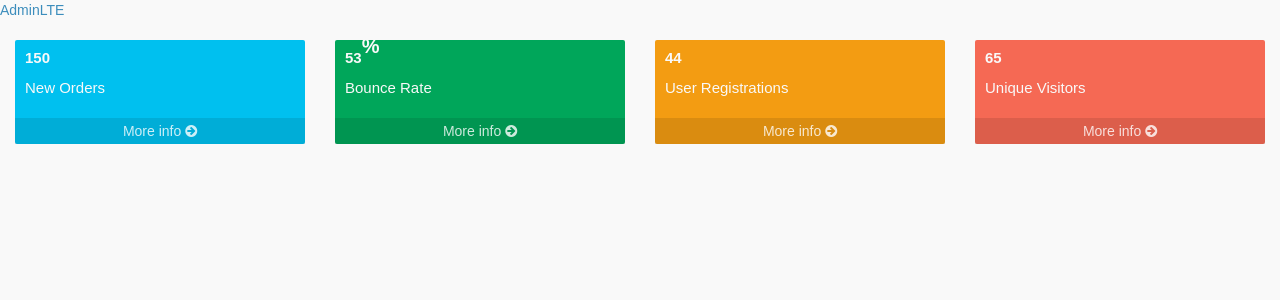
Repository: porivas/140630_Java
Page: http://localhost/Day1001mini01/WEB-INF/jsp/cssTemp.jsp
These files come from the project's save history. The page is drawn as it stood at one moment and after the next save; the edit follows.
The browser window is 1280 px wide. The pictures show the whole page.
Some icons come from a web library that is not loaded, so they are not drawn. Some web fonts or font styles are not loaded; a fallback is used. Some web libraries are served in a nearby version. The page is served by Tomcat 9. Nobody is signed in. Other server files are loaded and not shown. The template is opened directly, without the code that normally fills it, so the values that code supplies are empty.

Above is the page before, as saved 2014-10-02 07:19:06.

### Day1001mini01/WebContent/WEB-INF/jsp/cssTemp.jsp
<%@ page language="java" contentType="text/html; charset=UTF-8"
    pageEncoding="UTF-8"%>
<!DOCTYPE html PUBLIC "-//W3C//DTD HTML 4.01 Transitional//EN" "http://www.w3.org/TR/html4/loose.dtd">
<html>
<head>
        <meta charset="UTF-8">
        <title>AdminLTE | Widgets</title>
        <meta content='width=device-width, initial-scale=1, maximum-scale=1, user-scalable=no' name='viewport'>
        <link href="//maxcdn.bootstrapcdn.com/bootstrap/3.2.0/css/bootstrap.min.css" rel="stylesheet" type="text/css" />
        <link href="//cdnjs.cloudflare.com/ajax/libs/font-awesome/4.1.0/css/font-awesome.min.css" rel="stylesheet" type="text/css" />
        <!-- Ionicons -->
        <link href="//code.ionicframework.com/ionicons/1.5.2/css/ionicons.min.css" rel="stylesheet" type="text/css" />
        <!-- Theme style -->
        <link href="../css/AdminLTE.css" rel="stylesheet" type="text/css" />

        <!-- HTML5 Shim and Respond.js IE8 support of HTML5 elements and media queries -->
        <!-- WARNING: Respond.js doesn't work if you view the page via file:// -->
        <!--[if lt IE 9]>
          <script src="https://oss.maxcdn.com/libs/html5shiv/3.7.0/html5shiv.js"></script>
          <script src="https://oss.maxcdn.com/libs/respond.js/1.3.0/respond.min.js"></script>
        <![endif]-->
</head>
<body>
<header>
<a href="index.html" class="logo">
                <!-- Add the class icon to your logo image or logo icon to add the margining -->
                AdminLTE
            </a>
            </header>

<section class="content">
    <div class="row">
                        <div class="col-lg-3 col-xs-6">
                            <!-- small box -->
                            <div class="small-box bg-aqua">
                                <div class="inner">
                                    <h3>
                                        150
                                    </h3>
                                    <p>
                                        New Orders
                                    </p>
                                </div>
                                <div class="icon">
                                    <i class="ion ion-bag"></i>
                                </div>
                                <a href="#" class="small-box-footer">
                                    More info <i class="fa fa-arrow-circle-right"></i>
                                </a>
                            </div>
                        </div><!-- ./col -->
                        <div class="col-lg-3 col-xs-6">
                            <!-- small box -->
                            <div class="small-box bg-green">
                                <div class="inner">
                                    <h3>
                                        53<sup style="font-size: 20px">%</sup>
                                    </h3>
                                    <p>
                                        Bounce Rate
                                    </p>
                                </div>
                                <div class="icon">
                                    <i class="ion ion-stats-bars"></i>
                                </div>
                                <a href="#" class="small-box-footer">
                                    More info <i class="fa fa-arrow-circle-right"></i>
                                </a>
                            </div>
                        </div><!-- ./col -->
                        <div class="col-lg-3 col-xs-6">
                            <!-- small box -->
                            <div class="small-box bg-yellow">
                                <div class="inner">
                                    <h3>
                                        44
                                    </h3>
                                    <p>
                                        User Registrations
                                    </p>
                                </div>
                                <div class="icon">
                                    <i class="ion ion-person-add"></i>
                                </div>
                                <a href="#" class="small-box-footer">
                                    More info <i class="fa fa-arrow-circle-right"></i>
                                </a>
                            </div>
                        </div><!-- ./col -->
                        <div class="col-lg-3 col-xs-6">
                            <!-- small box -->
                            <div class="small-box bg-red">
                                <div class="inner">
                                    <h3>
                                        65
                                    </h3>
                                    <p>
                                        Unique Visitors
                                    </p>
                                </div>
                                <div class="icon">
                                    <i class="ion ion-pie-graph"></i>
                                </div>
                                <a href="#" class="small-box-footer">
                                    More info <i class="fa fa-arrow-circle-right"></i>
                                </a>
                            </div>
                        </div><!-- ./col -->
                    </div>
                </section>
</body>
</html>

Loaded but not shown: Day1001mini01/WebContent/css/AdminLTE.css (3535 lines, source omitted)

After the next save:
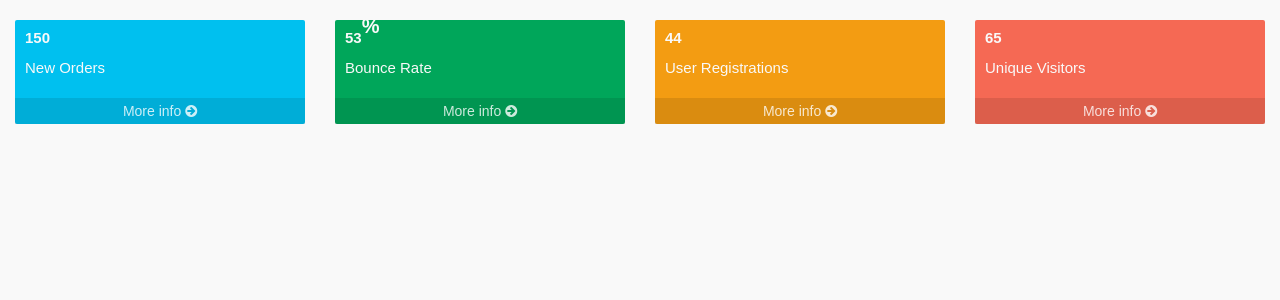
Saved 61 s later.
--- a/Day1001mini01/WebContent/WEB-INF/jsp/cssTemp.jsp
+++ b/Day1001mini01/WebContent/WEB-INF/jsp/cssTemp.jsp
@@ -21,12 +21,7 @@
         <![endif]-->
 </head>
 <body>
-<header>
-<a href="index.html" class="logo">
-                <!-- Add the class icon to your logo image or logo icon to add the margining -->
-                AdminLTE
-            </a>
-            </header>
+
 
 <section class="content">
     <div class="row">
